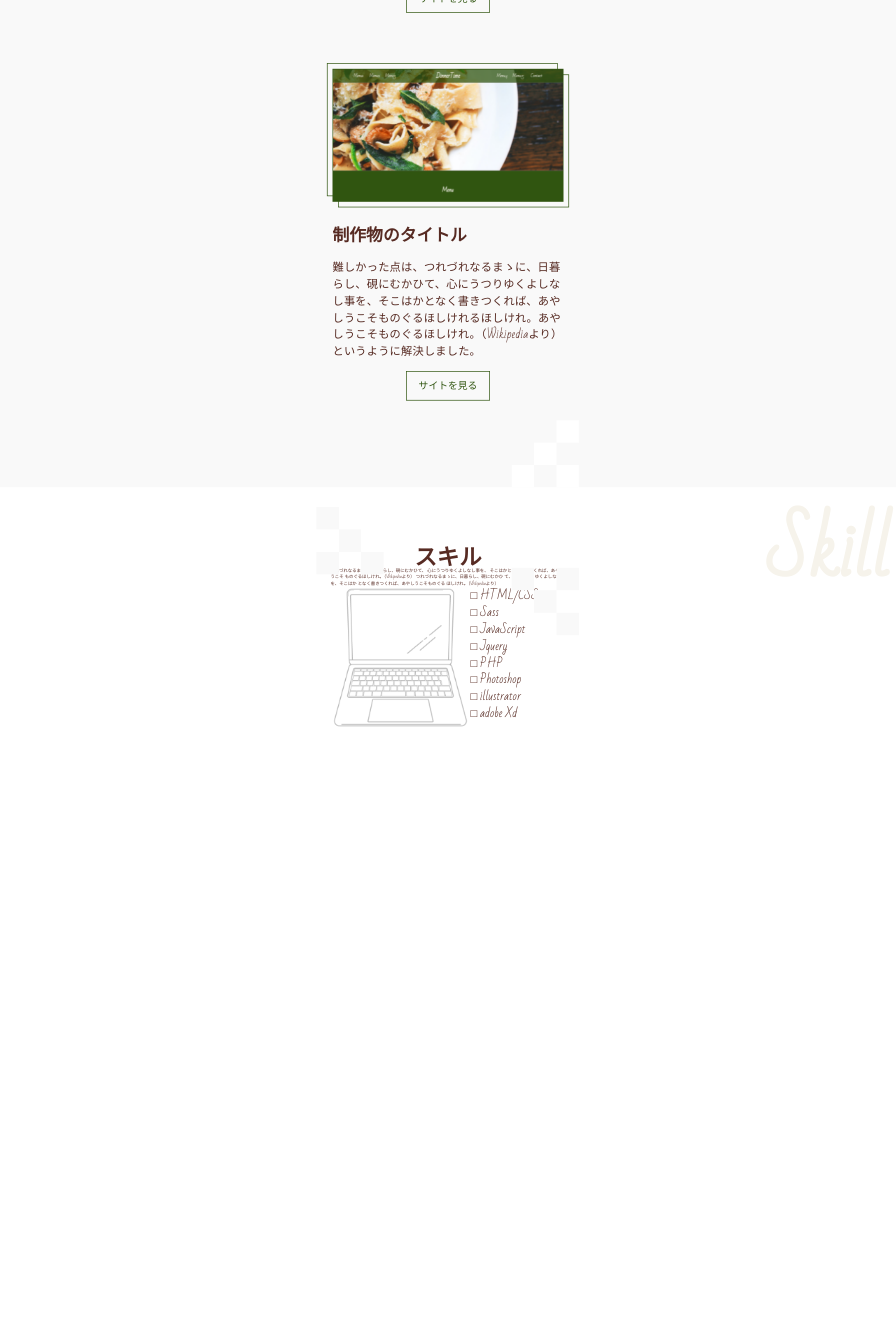
Repository: ppmp556/igarashi.kakuu
Page: index.html
The author's editor kept a copy of each file at every save. The page is drawn from the files as they stood at one save, then again after the next save.
The browser window is 1280 px wide. The pictures show the part of the page from y = 3046 to 4966 px (the page is 5881 px tall), at 70% of full size.
Some web libraries are served in a nearby version. The style sheet was rebuilt from its Sass, Less or Tailwind sources for each picture, by a compiler version that may differ from the author's.

Above is the page before, as saved 2020-10-27 10:45:13.
Console error: TypeError: Cannot read properties of null (reading 'addEventListener')

After the next save:
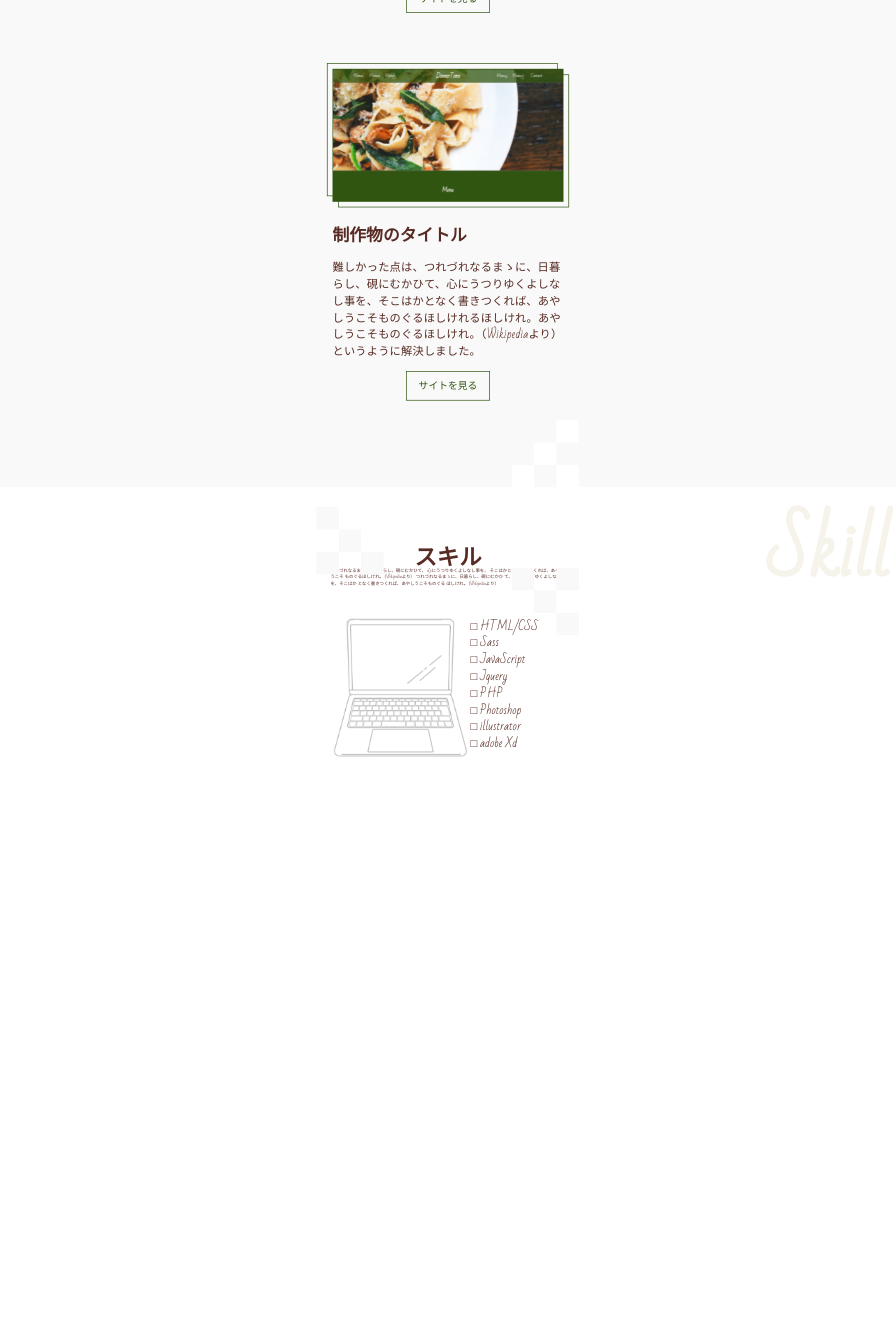
Saved 55 s later.
--- a/scss/style.scss
+++ b/scss/style.scss
@@ -705,6 +705,10 @@ skill
         }
     }
 
+    &_listbox {
+        margin-top: 43px;
+    }
+
      &_imgbox {
 
         width: 200px;
